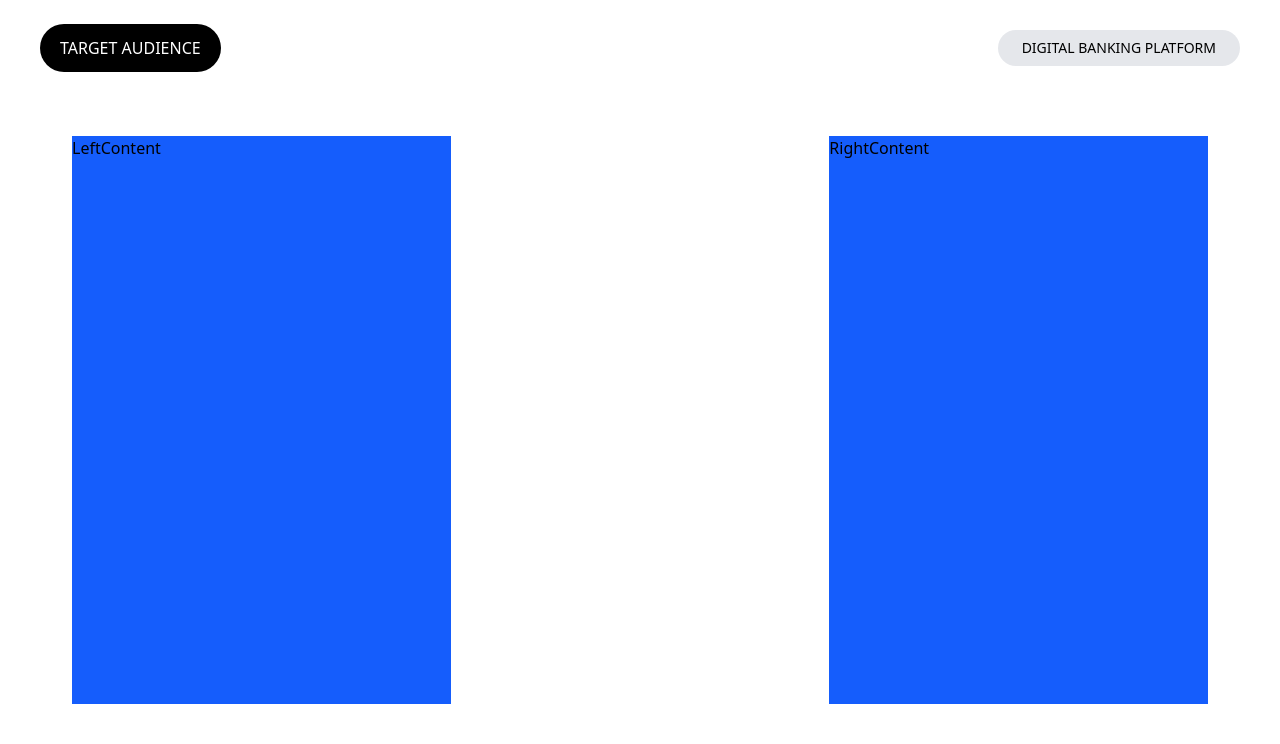
Repository: Mohitkumar1322/ReactTut
Page: / (app in projectSher1/)
An editor plug-in stored every save of this project. The page is shown before and after the next save, followed by the edit.
The browser window is 1280 px wide. The pictures show the whole page.
The project was rebuilt for these pictures with package versions that can differ from the ones it lists, and the page was loaded fresh each time. Also part of the build but not shown: projectSher1/vite.config.js.

Above is the page before, as saved 2025-11-16 13:56:21.

### projectSher1/src/App.jsx
import React from 'react'
import Section1 from './components/Section1/Section1'
import Section2 from './components/Section2/Section2'

export default function App() {
  return (
    <div>
      <Section1 />
      <Section2 />
    </div>
  )
}

### projectSher1/src/components/Section1/Section1.jsx
import React from 'react'
import Navbar from './Navbar'
import Page1Content from './Page1Content'

const Section1 = () => {
  return (
    <div>
      <Navbar />
      <Page1Content />
    </div>
  )
}

export default Section1

### projectSher1/src/components/Section2/Section2.jsx
import React from 'react'

const Section2 = () => {
  return (
    <div >


    </div>
  )
}

export default Section2

### projectSher1/src/components/Section1/Navbar.jsx
import React from 'react'

const Navbar = () => {
  return (
    <div className='flex justify-between items-center py-6 px-10 '>
        <h4 className='bg-black text-white px-5 py-3 uppercase rounded-full '>Target Audience</h4>
        <button className='bg-gray-200 px-6 py-2 uppercase rounded-full text-sm'> Digital Banking Platform</button>

    </div>
  )
}

export default Navbar

### projectSher1/src/components/Section1/Page1Content.jsx
import React from 'react'
import LeftContent from './LeftContent'
import RightContent from './RightContent'

const Page1Content = () => {
  return (
    <div className='py-10 flex items-center justify-between px-18 h-[90vh] '>

      <LeftContent />
      <RightContent />

    </div>
  )
}

export default Page1Content

### projectSher1/src/components/Section1/LeftContent.jsx
import React from 'react'

const LeftContent = () => {
  return (
    <div className='h-full w-1/3 bg-blue-600'>
      LeftContent
    </div>
  )
}

export default LeftContent

### projectSher1/src/components/Section1/RightContent.jsx
import React from 'react'

const RightContent = () => {
  return (
    <div className='h-full w-1/3 bg-blue-600'>
      RightContent
    </div>
  )
}

export default RightContent

Loaded but not shown: projectSher1/index.html (common file); projectSher1/src/main.jsx (common file); projectSher1/src/index.css (common file)

After the next save:
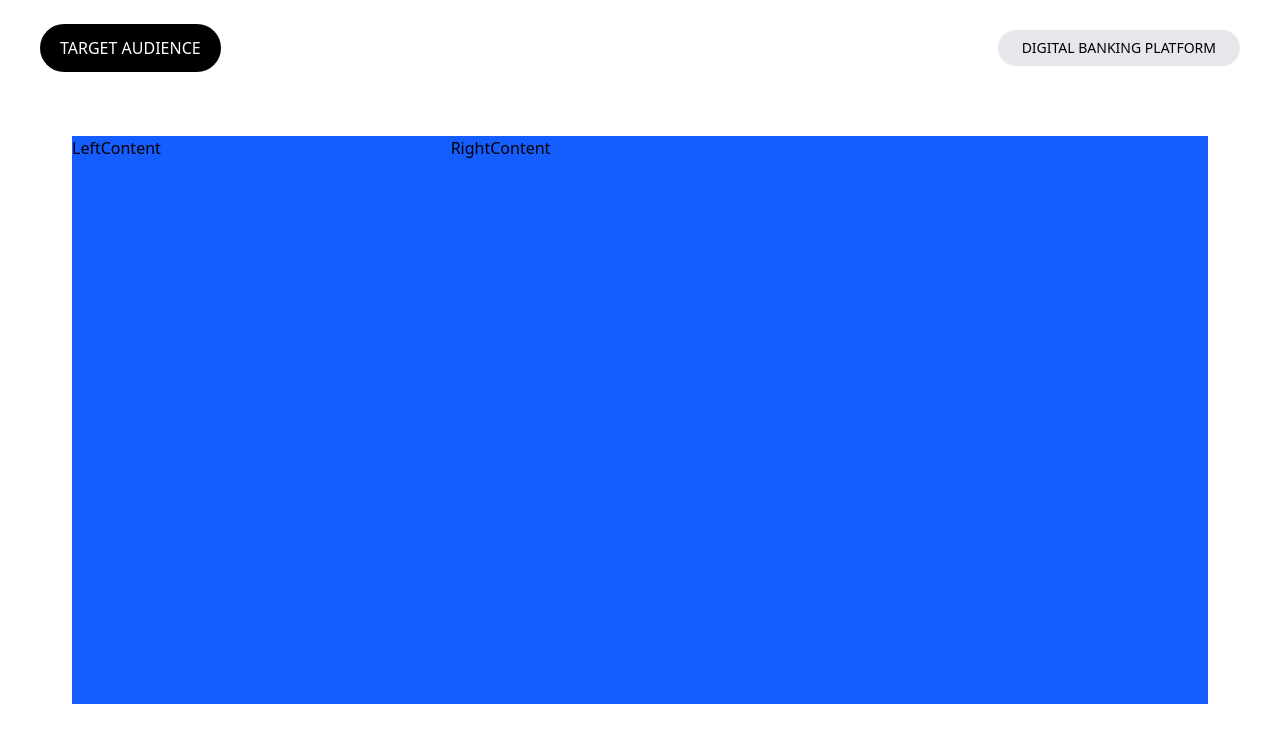
Saved 13 s later.
--- a/projectSher1/src/components/Section1/RightContent.jsx
+++ b/projectSher1/src/components/Section1/RightContent.jsx
@@ -2,7 +2,7 @@ import React from 'react'
 
 const RightContent = () => {
   return (
-    <div className='h-full w-1/3 bg-blue-600'>
+    <div className='h-full w-2/3 bg-blue-600'>
       RightContent
     </div>
   )
